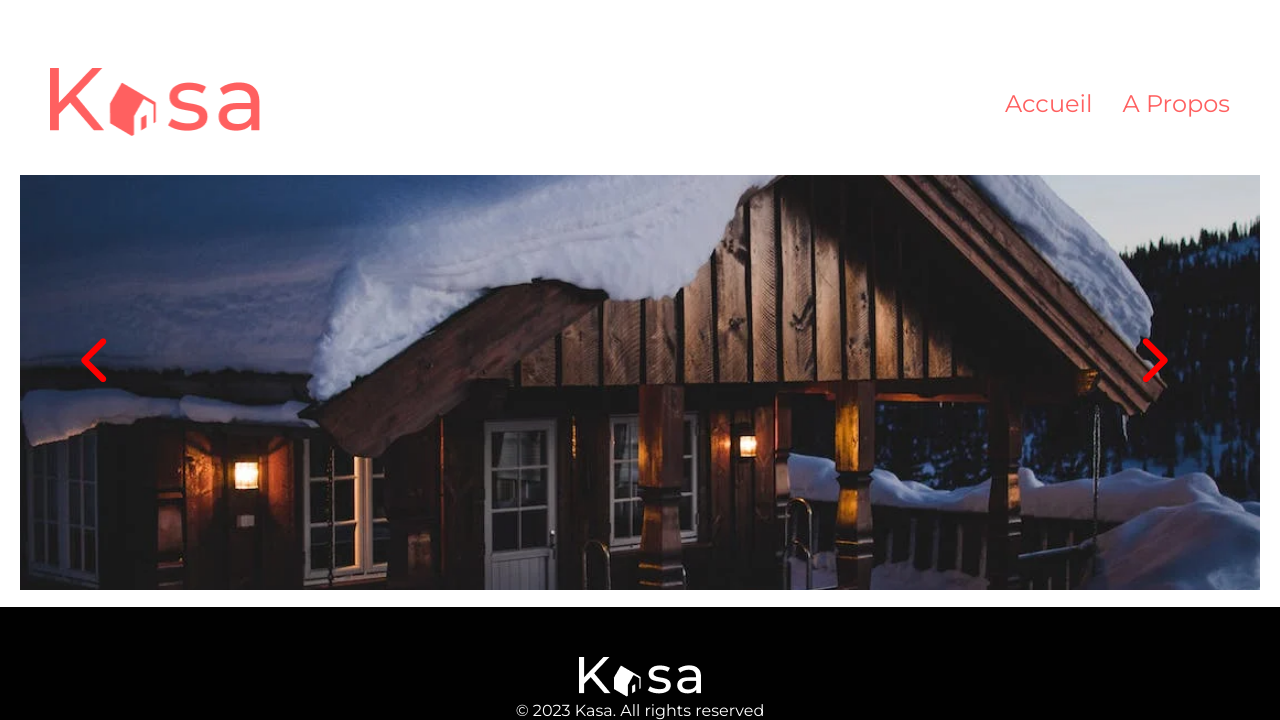
Repository: Ascaris29/Kasa_oc
Page: /essai (app in kasa_project/)
An editor plug-in stored every save of this project. The page is shown before and after the next save, followed by the edit.
The browser window is 1280 px wide. The pictures show the whole page.
Some web libraries are served in a nearby version. The project was rebuilt for these pictures with package versions that can differ from the ones it lists, and the page was loaded fresh each time. Also part of the build but not shown: kasa_project/src/pages/homepage/Homepage.module.scss, kasa_project/src/pages/homepage/components/CardLogement.module.scss, kasa_project/src/pages/homepage/components/CardLogement.js, kasa_project/src/pages/homepage/Homepage.js, kasa_project/src/pages/404/404.module.scss, kasa_project/src/pages/404/404.js, kasa_project/src/pages/a_propos/APropos.module.scss, kasa_project/src/pages/a_propos/components/CardDescription.module.scss and 6 more.

Above is the page before, as saved 2023-03-16 16:07:29.

### kasa_project/public/index.html
<!DOCTYPE html>
<html lang="fr">
  <head>
    <meta charset="utf-8" />
    <link rel="icon" href="%PUBLIC_URL%/favicon.ico" />
    <meta name="viewport" content="width=device-width, initial-scale=1" />
    <meta name="theme-color" content="#000000" />
    <meta
      name="description"
      content="Web site created using create-react-app"
    />
    <link rel="apple-touch-icon" href="%PUBLIC_URL%/logo192.png" />
    <!--
      manifest.json provides metadata used when your web app is installed on a
      user's mobile device or desktop. See https://developers.google.com/web/fundamentals/web-app-manifest/
    -->

    <!----------------------------------------------------------- Fonts ----------------------------------------------------------------------->
    <link rel="preconnect" href="https://fonts.googleapis.com">
    <link rel="preconnect" href="https://fonts.gstatic.com" crossorigin>
    <link href="https://fonts.googleapis.com/css2?family=Montserrat:wght@400;500;600&family=Roboto&display=swap" rel="stylesheet">
    <!----------------------------------------------------------- Icons ----------------------------------------------------------------------->
    <script src="https://kit.fontawesome.com/e65359aae8.js" crossorigin="anonymous"></script>
    <!--
      Notice the use of %PUBLIC_URL% in the tags above.
      It will be replaced with the URL of the `public` folder during the build.
      Only files inside the `public` folder can be referenced from the HTML.

      Unlike "/favicon.ico" or "favicon.ico", "%PUBLIC_URL%/favicon.ico" will
      work correctly both with client-side routing and a non-root public URL.
      Learn how to configure a non-root public URL by running `npm run build`.
    -->
    <title>Kasa</title>
  </head>
  <body>
    <noscript>You need to enable JavaScript to run this app.</noscript>
    <div id="root"></div>
    <!--
      This HTML file is a template.
      If you open it directly in the browser, you will see an empty page.

      You can add webfonts, meta tags, or analytics to this file.
      The build step will place the bundled scripts into the <body> tag.

      To begin the development, run `npm start` or `yarn start`.
      To create a production bundle, use `npm run build` or `yarn build`.
    -->
  </body>
</html>

### kasa_project/src/index.js
import React from 'react';
import ReactDOM from 'react-dom/client';
import App from './App';
import reportWebVitals from './reportWebVitals';
import './assets/styles/index.scss';
import { RouterProvider } from 'react-router-dom';
import { router } from "./router";

const root = ReactDOM.createRoot(document.getElementById('root'));
root.render(
  <React.StrictMode>
    <RouterProvider router={router} />
  </React.StrictMode>
);

// If you want to start measuring performance in your app, pass a function
// to log results (for example: reportWebVitals(console.log))
// or send to an analytics endpoint. Learn more: https://bit.ly/CRA-vitals
reportWebVitals();

### kasa_project/src/App.js
import Header from "./components/header/Header";
import Footer from "./components/footer/Footer";
import style from "./App.module.scss";
import Homepage from "./pages/homepage/Homepage";
import { Outlet } from "react-router-dom";

function App() {
  return (
      <div className={`${style.app} d-flex flex-column`}>
        <Header />
          <Outlet />
        <Footer />
      </div>
  );
}

export default App;

### kasa_project/src/assets/styles/index.scss
@use './base';
@use './flex';
@use './mixins';
@use './utils';
@use './variables';

### kasa_project/src/router.js
import { createBrowserRouter } from 'react-router-dom';
import App from './App';
import Error404 from './pages/404/404';
import APropos from './pages/a_propos/APropos';
import Homepage from './pages/homepage/Homepage';
import Caroussel from './pages/logement/components/caroussel/Caroussel';
import FicheLogement from './pages/logement/FicheLogement';


export const router = createBrowserRouter([
    {
        path : "/",
        element : <App />,
        errorElement: <Error404 />,
        children : [
            {
                path : "/",
                element : <Homepage />
            } ,
            {
                path : "/homepage",
                element : <Homepage />
            },
            {
                path: "/apropos",
                element : <APropos />
            },
            {
                path: "/logement/:id",
                element : <FicheLogement />
            },
            {
                path: "/essai",
                element: <Caroussel />
            }
        ],
    }
])

### kasa_project/src/components/header/Header.js
import image from "../../assets/images/logo_header.png";
import style from "./Header.module.scss";
import { Link, NavLink } from "react-router-dom";

export default function Header(){
    return (
        <header className={`${style.header} d-flex justify-between align-center`}>
            <Link className={`${style.headerIcon}`} to="/homepage">
                <img src={image} alt="logo du site Kasa representant une maison"/>
            </Link>
            <div className={`${style.headerNav}`}>
                <ul className="d-flex">
                    <NavLink
                    className={`${style.headerItems} m-r-30`}
                    to="/homepage"
                    end
                    >
                    Accueil
                    </NavLink>
                    <NavLink
                    className={`${style.headerItems}`}
                    to="/apropos"
                    >
                    A Propos
                    </NavLink>
                </ul>
            </div>
        </header>
    )
}

### kasa_project/src/components/footer/Footer.js
import style from "./Footer.module.scss";
import image from "../../assets/images/logo_footer.png";

export default function Footer(){
    return (
        <footer className={`${style.footer} d-flex p-t-50 flex-column justify-center align-center`}>
            <div className={`${style.footerLogo} `}>
                <img src={image} alt="" />
            </div>
            <div className="footerText">
                <p>© 2023 Kasa. All rights reserved</p>
            </div>
        </footer>
    )
}

### kasa_project/src/App.module.scss
.app{
    min-height:100vh;
}

### kasa_project/src/assets/styles/_base.scss

*{
    box-sizing: border-box;
}

body{
    margin:0;
    padding:0;
    font-family: var(--montserrat);

}

p{
    margin:0;
}

li{
    list-style-type: none;

}

.link{
    color:var(--primary);
    font-size:18px;
}

.active{
    text-decoration:underline;
}

### kasa_project/src/assets/styles/_flex.scss
.d-flex{
    display: flex;
}

.flex-column{
    flex-direction : column;
}

.flex-row{
    flex-direction: row;
}

.justify-center{
    justify-content: center;
}

.align-center{
    align-items: center;
}

.flex-fill{
    flex : 1 1 auto;
}

.justify-between{
    justify-content: space-between;
}

### kasa_project/src/assets/styles/_mixins.scss
@mixin xs{
    @media (max-width:576px){
        @content;
    }
}

@mixin sm{
    @media (min-width : 577px) and (max-width : 768px){
        @content;
    }
}

@mixin sm-lt{
    @media (max-width : 768px){
        @content;
    }
}

@mixin md{
    @media (min-width : 769px) and (max-width : 992px){
        @content;
    }
}

@mixin md-lt{
    @media (max-width : 992px){
        @content;
    }
}

@mixin lg{
    @media (min-width : 993px) and (max-width : 1200px){
        @content;
    }
}

@mixin lg-lt{
    @media (max-width : 1200px){
        @content;
    }
}

@mixin xl{
    @media (min-width : 1201px){
        @content;
    }
}

### kasa_project/src/assets/styles/_utils.scss
/*------------------------------------ General ------------------------------*/
.container{
    max-width:1200px;
    margin: auto;
    width:100%;
}
.card{

}
.calc{
    position:fixed;
    top:0;
    left:0;
    width:100%;
    height:100vh;
}

/*------------------------------------ Padding ------------------------------*/
.p-5{
    padding: 5px;
}
.p-10{
    padding:10px;
}
.p-20{
   padding:20px;
}
.p-30{
    padding:30px;
}
.p-40{
    padding:40px;
}
.p-50{
    padding:50px;
}

.p-b-5{
   padding-bottom: 5px;
}
.p-b-10{
   padding-bottom: 10px;
}
.p-b-20{
    padding-bottom: 20px;
}
.p-b-30{
    padding-bottom: 30px;
}
.p-b-40{
    padding-bottom: 40px;
}
.p-b-50{
    padding-bottom: 50px;
}


.p-t-5{
    padding-top: 5px;
}
.p-t-10{
    padding-top: 10px;
}
.p-t-20{
     padding-top: 20px;
}
.p-t-30{
     padding-top: 30px;
}
.p-t-40{
    padding-top: 40px;
}
.p-t-50{
    padding-top: 50px;
}


.p-l-5{
    padding-left: 5px;
}
.p-l-10{
    padding-left: 10px;
}
.p-l-20{
     padding-left: 20px;
}
.p-l-30{
     padding-left: 30px;
}
.p-l-40{
    padding-left: 40px;
}
.p-l-50{
    padding-left: 50px;
}



.p-r-5{
    padding-right: 5px;
}
.p-r-10{
    padding-right: 10px;
}
.p-r-20{
     padding-right: 20px;
}
.p-r-30{
     padding-right: 30px;
}
.p-r-40{
    padding-right: 40px;
}
.p-r-50{
    padding-right: 50px;
}


/*------------------------------------------------ Margin -------------------------------------------*/

.m-auto{
    margin:auto;
}
.m-5{
    margin: 5px;
}
.m-10{
    margin:10px;
}
.m-20{
   margin:20px;
}
.m-30{
    margin:30px;
}
.m-40{
    margin:40px;
}
.m-50{
    margin:50px;
}



.m-b-5{
    margin-bottom: 5px;
}
.m-b-10{
    margin-bottom: 10px;
}
.m-b-20{
    margin-bottom: 20px;
}
.m-b-30{
    margin-bottom: 30px;
}
.m-b-40{
    margin-bottom: 40px;
}
.m-b-50{
    margin-bottom: 50px;
}



.m-t-5{
    margin-top: 5px;
}
.m-t-10{
    margin-top: 10px;
}
.m-t-20{
     margin-top: 20px;
}
.m-t-30{
     margin-top: 30px;
}
.m-t-40{
    margin-top: 40px;
}
.m-t-50{
    margin-top: 50px;
}




.m-l-5{
    margin-left: 5px;
}
.m-l-10{
    margin-left: 10px;
}
.m-l-20{
     margin-left: 20px;
}
.m-l-30{
     margin-left: 30px;
}
.m-l-40{
    margin-left: 40px;
}
.m-l-50{
    margin-left: 50px;
}




.m-r-5{
    margin-right: 5px;
}
.m-r-10{
    margin-right: 10px;
}
.m-r-20{
     margin-right: 20px;
}
.m-r-30{
     margin-right: 30px;
}
.m-r-40{
    margin-right: 40px;
}
.m-r-50{
    margin-right: 50px;
}

### kasa_project/src/assets/styles/_variables.scss

/*----------------------------------------------------------------------------Color-----------------------------------------------------------------*/

:root{
    --primary: #FF6060;
    --grey1:#F6F6F6;
    --grey2: #E3E3E3;
    --grey3:#C4C4C4;
    --black: #010101;
    /*----------------------------------------------------------------------------Font-----------------------------------------------------------------*/
    --montserrat : 'Montserrat', sans-serif;
    --radius:25px;
}

### kasa_project/src/pages/logement/components/caroussel/Caroussel.js
import { useState } from "react";
import style from "./Caroussel.module.scss";

import img1 from "../../../../assets/images/pexels-photo-950058.webp";
import img2 from "../../../../assets/images/pexels-photo-1013427.jpeg";
import img3 from "../../../../assets/images/pexels-photo-1612351.jpeg";

export default function Caroussel(){

    //importer les images de l'api
    const arrayImage = [
        img1,
        img2,
        img3
    ];

    const [index, setIndex] = useState(0);

    //console.log(arrayImage);
    function handleClickCarousselPrev(){
        if(index > 0 && index < arrayImage.length){
            let i = index - 1;
            setIndex(i);
        }else{
            setIndex(arrayImage.length -1);
        }
    }

    function handleClickCarousselAfter(){
        if(index < arrayImage.length){
            let i = index + 1;
            setIndex(i);
        };
    }

    //a voir avec julien
    if(index === arrayImage.length){
        setIndex(0)
    }

    return (
        <div className={`${style.caroussel}`}>
            { arrayImage.map((item, i) =>
                i === index && ( <img src={item} alt="" className={`${style.carousselImage}`}/> )
            )}
            <i className={`${style.chevronLeft} fa-solid fa-chevron-left`} onClick={handleClickCarousselPrev}></i>
            <i className={`${style.chevronRight} fa-solid fa-chevron-right`} onClick={handleClickCarousselAfter}></i>
        </div>
    )



}

### kasa_project/src/components/header/Header.module.scss
@use "../../assets/styles/mixins" as mixin;

.header{
    max-width:1240px;
    margin:auto;
    width:100%;
    padding:50px 30px 0 30px;
    .headerIcon{
        img{
            width:210px;
            height:68px;
            @include mixin.sm-lt{
                width:145px;
                height:47px;
            }
            @include mixin.xs{
                width:99px;
                height:35px;
            }
        }
    }

}
/*sorti de la classe header car sinon je ne peux pas mettre de classe active dessus*/
.headerItems{
    color:var(--primary);
    text-decoration:none;
    cursor:pointer;
    font-size:24px;
    @include mixin.sm-lt{
        font-size:20px;
    }
    @include mixin.xs{
        font-size:15px;
    }
}

### kasa_project/src/components/footer/Footer.module.scss
.footer{
    background-color:var(--black);
    color:white;
    .footerLogo{
        img{
            width:122px;
            height:40px;
        }
    }
}

### kasa_project/src/pages/logement/components/caroussel/Caroussel.module.scss
.caroussel{
    max-width:1240px;
    margin:auto;
    width:100%;
    height:415px;
    .carousselImage{
        width:100%;
        height:100%;
        object-fit:cover;
        position:relative;
        display:block;
    }
    .chevronRight{
        position:absolute;
        top:50%;
        left:90%;
        font-size:50px;
        color:red;
        transform:translate(-50%, -50%);
    }
    .chevronLeft{
        position:absolute;
        top:50%;
        right:90%;
        font-size:50px;
        color:red;
        transform:translate(-50%, -50%);
    }
}

Loaded but not shown: kasa_project/src/reportWebVitals.js (common file)

After the next save:
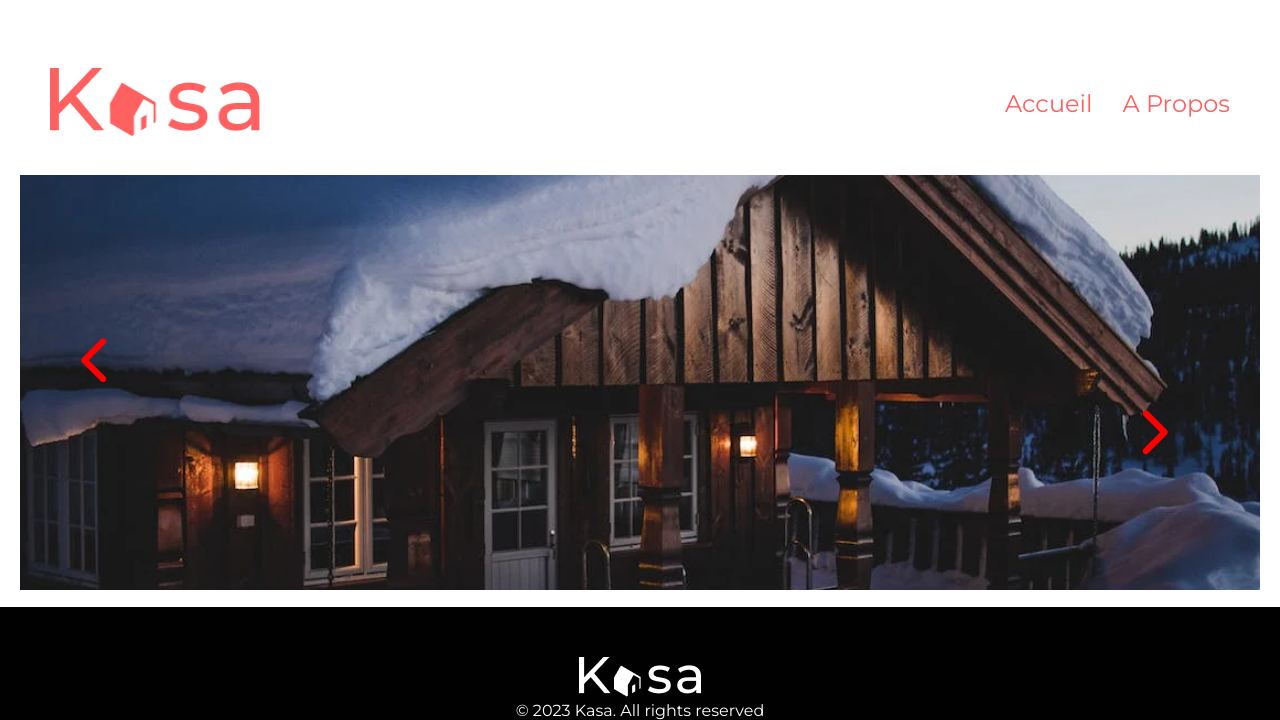
Saved 3 min 58 s later.
--- a/kasa_project/src/pages/logement/components/caroussel/Caroussel.module.scss
+++ b/kasa_project/src/pages/logement/components/caroussel/Caroussel.module.scss
@@ -12,7 +12,7 @@
     }
     .chevronRight{
         position:absolute;
-        top:50%;
+        top:60%;
         left:90%;
         font-size:50px;
         color:red;
